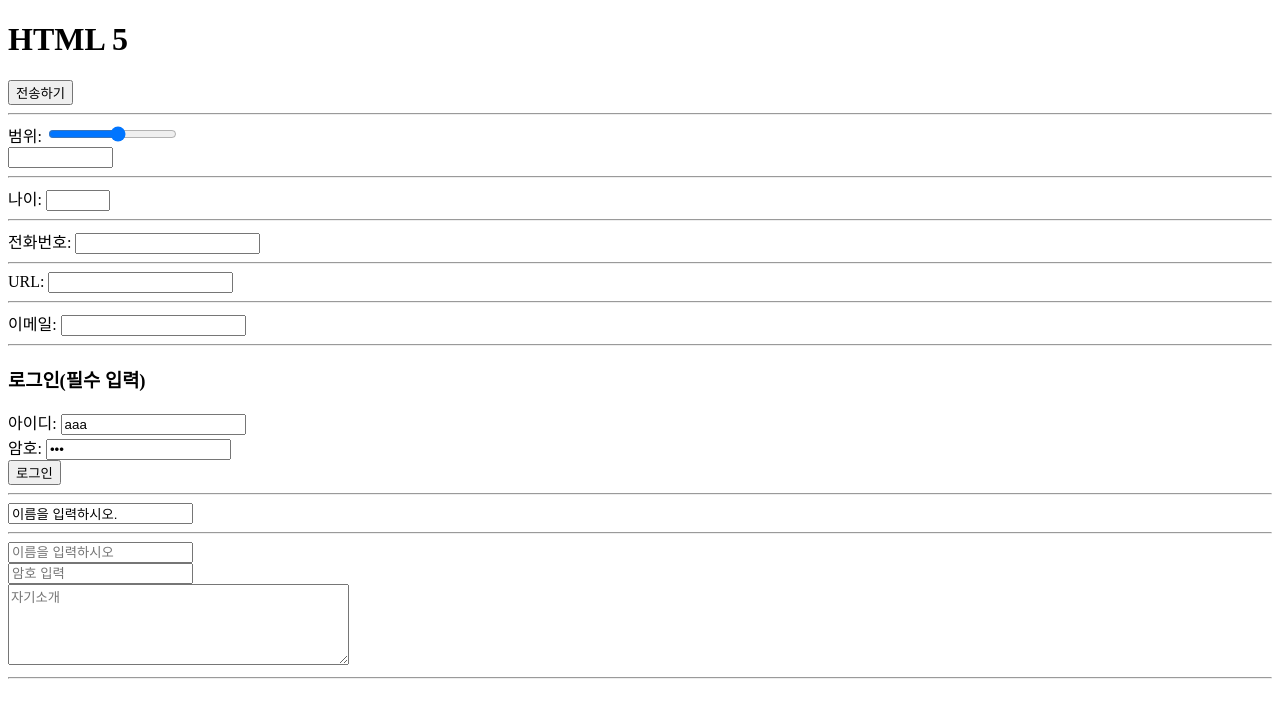
Repository: sujin9335/Front-end
Page: ClientTest/src/main/webapp/html/ex19.html
These files come from the project's save history. The page is drawn as it stood at one moment and after the next save; the edit follows.
The browser window is 1280 px wide. The pictures show the whole page.

Above is the page before, as saved 2023-09-21 08:34:02.

After the next save:
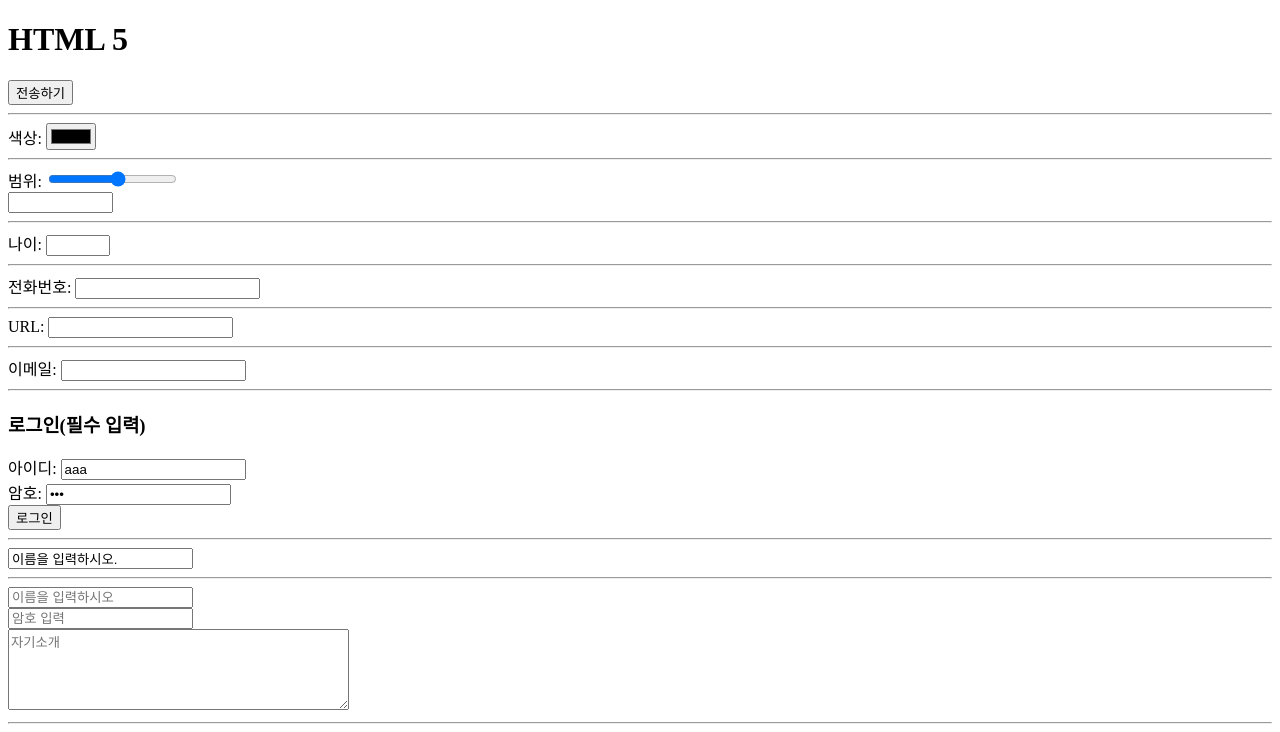
Saved 49 s later.
--- a/ClientTest/src/main/webapp/html/ex19.html
+++ b/ClientTest/src/main/webapp/html/ex19.html
@@ -12,6 +12,10 @@
 		<input type="submit" value="전송하기">
 		<hr>
 
+		색상: <input type="color">
+
+
+		<hr>
 
 		범위: <input type="range"
 				onchange="document.getElementById('txt1').value=this.value;"
